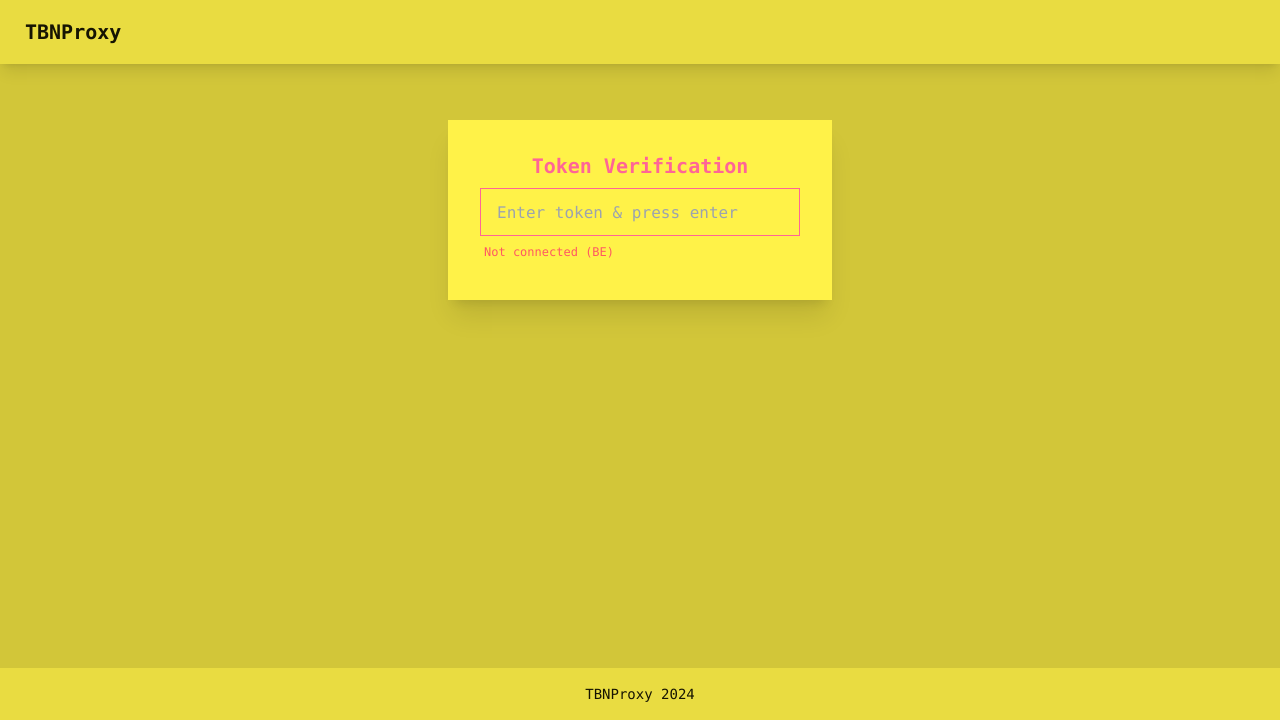
Repository: txdr/TBNProxyJS
Page: smdjd/desktop-views/index.html
An editor plug-in stored every save of this project. The page is shown before and after the next save, followed by the edit.
The browser window is 1280 px wide. The pictures show the whole page.
The page's requests for data from a server got no answer. Some web libraries are served in a nearby version.

Above is the page before, as saved 2025-01-07 16:47:14.
Console error: TypeError: Cannot read properties of undefined (reading 'value')

### smdjd/desktop-views/index.html
<!DOCTYPE html>
<html data-theme="cyberpunk">
<head>
    <meta charset="UTF-8">
    <meta name="viewport" content="width=device-width, initial-scale=1.0">
    <title>TBNProxy</title>
    <link href="https://cdn.jsdelivr.net/npm/daisyui@4.7.2/dist/full.min.css" rel="stylesheet" type="text/css" />
    <script src="https://cdn.tailwindcss.com"></script>
    <link href="https://fonts.googleapis.com/css2?family=Nunito:ital,wght@0,200..1000;1,200..1000&display=swap" rel="stylesheet">
</head>

<body class="min-h-screen bg-base-300">
    <div class="navbar bg-base-200 shadow-lg">
        <div class="flex-1">
            <a class="btn btn-ghost text-xl">TBNProxy</a>
        </div>
    </div>

    <div class="container mx-auto p-4">
        <!-- Token Verification -->
        <div id="token" class="card w-96 bg-base-100 shadow-xl mx-auto mt-10">
            <div class="card-body items-center text-center">
                <h2 class="card-title text-primary">Token Verification</h2>
                <div class="form-control w-full">
                    <input id="tokenInput" type="text" placeholder="Enter token & press enter"
                           class="input input-bordered input-primary w-full" />
                    <label id="verification-error" class="label">
                        <span class="label-text-alt text-error">Not connected (BE)</span>
                    </label>
                </div>
            </div>
        </div>

        <!-- Main Dashboard -->
        <div id="home" class="hidden">
            <div class="grid grid-cols-1 md:grid-cols-2 lg:grid-cols-3 gap-6 mt-8">
                <!-- Proxy Card -->
                <div id="proxy" class="card bg-base-100 shadow-xl">
                    <div class="card-body">
                        <h2 class="card-title text-primary">Proxy</h2>
                        <div class="divider"></div>
                        <button id="proxyStart" onclick="proxyStart()"
                                class="btn btn-primary">Start Proxy</button>
                        <div class="stats shadow mt-4">
                            <div class="stat">
                                <div class="stat-title" id="serverInfo">Server Offline</div>
                                <div class="stat-desc text-error" id="proxyStatus">Current Status: Offline</div>
                            </div>
                        </div>
                    </div>
                </div>

                <!-- Servers Card -->
                <div id="servers" class="card bg-base-100 shadow-xl">
                    <div class="card-body">
                        <h2 class="card-title text-primary">Servers</h2>
                        <div class="divider"></div>
                        <div class="form-control">
                            <label class="label">
                                <span class="label-text">Add Server</span>
                            </label>
                            <input id="addServer" type="text" placeholder="Enter IP and press enter"
                                   class="input input-bordered input-primary w-full" />
                        </div>
                        <div class="form-control mt-4">
                            <label class="label">
                                <span class="label-text">Select Server</span>
                            </label>
                            <select id="serverSelect" class="select select-bordered select-primary w-full">
                                <option disabled selected>Pick a server</option>
                            </select>
                        </div>
                        <button onclick="removeServer()" class="btn btn-error mt-4">Remove Server</button>
                    </div>
                </div>

                <!-- Authentication Card -->
                <div id="authentication" class="card bg-base-100 shadow-xl">
                    <div class="card-body">
                        <h2 class="card-title text-primary">Authentication</h2>
                        <div class="divider"></div>
                        <div class="alert alert-error">
                            <span id="authMessage">No Authentication Needed.</span>
                        </div>
                        <button id="openLink" class="btn btn-secondary mt-4">Open Link</button>
                    </div>
                </div>
            </div>
        </div>
    </div>

    <footer class="footer footer-center p-4 bg-base-200 text-base-content fixed bottom-0">
        <aside>
            <p>TBNProxy 2024</p>
        </aside>
    </footer>

    <script src="https://cdnjs.cloudflare.com/ajax/libs/socket.io/4.8.1/socket.io.js"></script>
    <script src="js/home.js"></script>
</body>
</html>

### smdjd/desktop-views/js/home.js
const socket = io("http://localhost:3000");

function getServers() {
    return JSON.parse(localStorage.getItem("servers"));
}

function setAuthInfo(link, code) {
    document.getElementById("authMessage").style.color = "orange";
    document.getElementById("authMessage").innerHTML = `Your Code Is: ${code}<br/>Press the button below to open the auth link.`;
    document.getElementById("openLink").disabled = false;
    document.getElementById("openLink").onclick = () => {
        document.getElementById("authMessage").innerHTML = "Please wait...";
        socket.emit("openLink", `${link}?otc=${code}`);
        document.getElementById("openLink").disabled = true;
    };
}

function endAuthInfo() {
    document.getElementById("authMessage").style.color = "green";
    document.getElementById("authMessage").innerHTML = "Authenticated";
    document.getElementById("openLink").remove();
}

function setProxyStatus(status, good = false) {
    document.getElementById("proxyStatus").style.color = good ? "green" : "red";
    document.getElementById("proxyStatus").innerHTML = "Current Status: " + status;
}

function setServerInfo(info) {
    document.getElementById("serverInfo").innerHTML = info;
}

function proxyStart() {
    socket.emit("proxyStart", getSelectedServer());
    setProxyStatus("Connecting");
}

function removeServer() {
    let newServers = [];
    for (const server of getServers()) {
        if (server === getSelectedServer()) {
            continue;
        }
        newServers.push(server);
    }
    localStorage.setItem("servers", JSON.stringify(newServers));
    updateServers();
}

function addServer(server) {
    const servers = getServers();
    servers.push(server)
    localStorage.setItem("servers", JSON.stringify(servers));
    updateServers();
}

function getSelectedServer() {
    const select = document.getElementById("serverSelect");
    return select.options[select.selectedIndex].value;
}

function updateServers() {
    document.getElementById("serverSelect").innerHTML = "";
    for (const item of getServers()) {
        const newItem = document.createElement("option");
        newItem.innerHTML = item;
        document.getElementById("serverSelect").append(newItem);
    }
}

function setVerificationMessage(message, error = true) {
    document.getElementById("verification-error").style.color = error ? "red" : "green";
    document.getElementById("verification-error").innerHTML = message;
}

document.getElementById("tokenInput").addEventListener("keyup", (event) => {
    if (event.key === "Enter") {
        socket.emit("verify", document.getElementById("tokenInput").value);
        document.getElementById("tokenInput").value = "";
    }
});

document.getElementById("addServer").addEventListener("keyup", (event) => {
    if (event.key === "Enter") {
        if (document.getElementById("addServer").value.split(":").length < 2) {
            return;
        }
        addServer(document.getElementById("addServer").value);
        document.getElementById("addServer").value = "";
    }
});

socket.on("connect", () => {
    setVerificationMessage("Connected (BE)", false);
     console.log("Socket connected.");
});

socket.on("verified", () => {
    setVerificationMessage("Key Valid", false);
    document.getElementById("token").remove();
    document.getElementById("home").style.display = "grid";
});

socket.on("failedVerify", (message) => {
    setVerificationMessage(message);
});

if (localStorage.getItem("servers") == null) {
    localStorage.setItem("servers", JSON.stringify([]));
}

setInterval(() => {
    socket.emit("requestBedrockServerInfo", getSelectedServer());
}, 1250);

socket.on("authInfo", (link, code) => {
    setProxyStatus("Authenticating")
    setAuthInfo(link, code);
});

socket.on("proxyFullyConnected", (username) => {
    endAuthInfo();
    setProxyStatus(`Connected (${username})`, true);
});

socket.on("bedrockServerInfo", (res) => {
    if (res.version == null) {
        setServerInfo("Server Offline");
        return;
    }
    setServerInfo(`Version: ${res.version}<br/>Players: ${res.currentPlayers}/${res.maxPlayers}`);
});

document.getElementById("openLink").disabled = true;

updateServers();

After the next save:
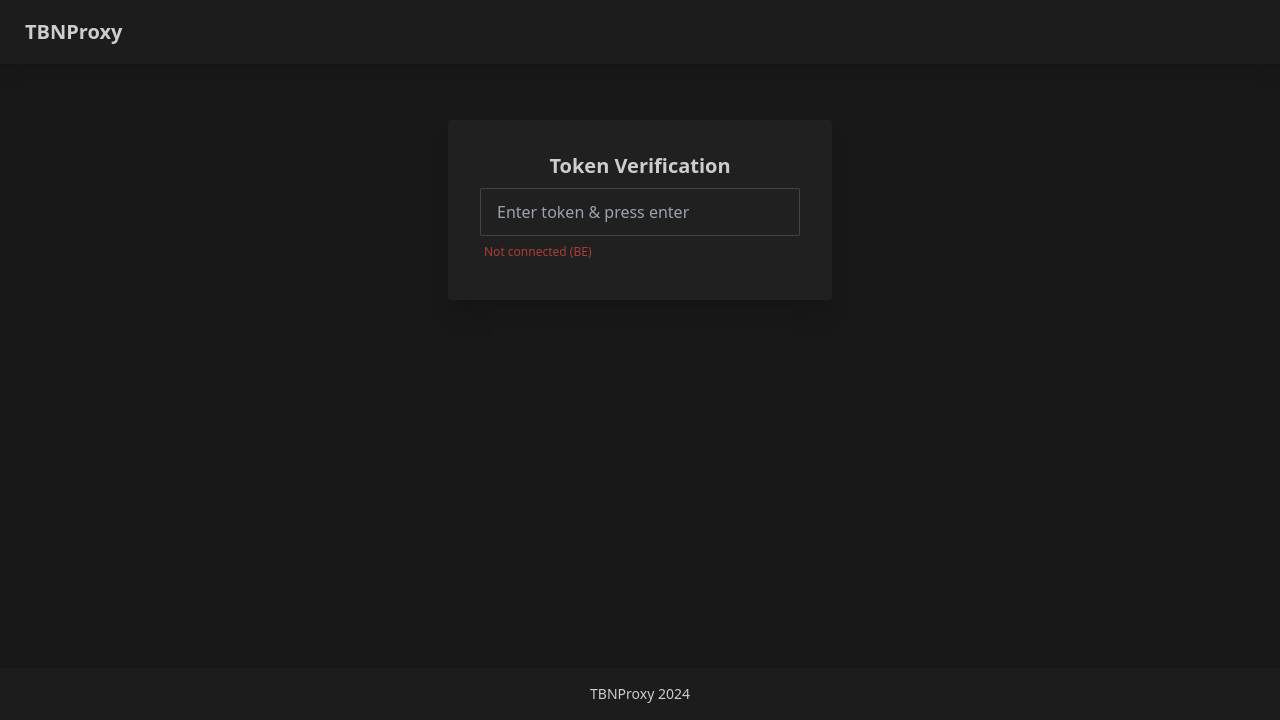
Saved 45 s later.
--- a/smdjd/desktop-views/index.html
+++ b/smdjd/desktop-views/index.html
@@ -1,5 +1,5 @@
 <!DOCTYPE html>
-<html data-theme="cyberpunk">
+<html data-theme="business">
 <head>
     <meta charset="UTF-8">
     <meta name="viewport" content="width=device-width, initial-scale=1.0">
@@ -20,10 +20,10 @@
         <!-- Token Verification -->
         <div id="token" class="card w-96 bg-base-100 shadow-xl mx-auto mt-10">
             <div class="card-body items-center text-center">
-                <h2 class="card-title text-primary">Token Verification</h2>
+                <h2 class="card-title">Token Verification</h2>
                 <div class="form-control w-full">
                     <input id="tokenInput" type="text" placeholder="Enter token & press enter"
-                           class="input input-bordered input-primary w-full" />
+                           class="input input-bordered w-full" />
                     <label id="verification-error" class="label">
                         <span class="label-text-alt text-error">Not connected (BE)</span>
                     </label>
@@ -37,11 +37,11 @@
                 <!-- Proxy Card -->
                 <div id="proxy" class="card bg-base-100 shadow-xl">
                     <div class="card-body">
-                        <h2 class="card-title text-primary">Proxy</h2>
+                        <h2 class="card-title">Proxy</h2>
                         <div class="divider"></div>
                         <button id="proxyStart" onclick="proxyStart()"
-                                class="btn btn-primary">Start Proxy</button>
-                        <div class="stats shadow mt-4">
+                                class="btn btn-neutral">Start Proxy</button>
+                        <div class="stats bg-base-200 shadow mt-4">
                             <div class="stat">
                                 <div class="stat-title" id="serverInfo">Server Offline</div>
                                 <div class="stat-desc text-error" id="proxyStatus">Current Status: Offline</div>
@@ -53,20 +53,20 @@
                 <!-- Servers Card -->
                 <div id="servers" class="card bg-base-100 shadow-xl">
                     <div class="card-body">
-                        <h2 class="card-title text-primary">Servers</h2>
+                        <h2 class="card-title">Servers</h2>
                         <div class="divider"></div>
                         <div class="form-control">
                             <label class="label">
                                 <span class="label-text">Add Server</span>
                             </label>
                             <input id="addServer" type="text" placeholder="Enter IP and press enter"
-                                   class="input input-bordered input-primary w-full" />
+                                   class="input input-bordered w-full" />
                         </div>
                         <div class="form-control mt-4">
                             <label class="label">
                                 <span class="label-text">Select Server</span>
                             </label>
-                            <select id="serverSelect" class="select select-bordered select-primary w-full">
+                            <select id="serverSelect" class="select select-bordered w-full">
                                 <option disabled selected>Pick a server</option>
                             </select>
                         </div>
@@ -77,12 +77,12 @@
                 <!-- Authentication Card -->
                 <div id="authentication" class="card bg-base-100 shadow-xl">
                     <div class="card-body">
-                        <h2 class="card-title text-primary">Authentication</h2>
+                        <h2 class="card-title">Authentication</h2>
                         <div class="divider"></div>
-                        <div class="alert alert-error">
+                        <div class="alert alert-error bg-opacity-20">
                             <span id="authMessage">No Authentication Needed.</span>
                         </div>
-                        <button id="openLink" class="btn btn-secondary mt-4">Open Link</button>
+                        <button id="openLink" class="btn btn-neutral mt-4">Open Link</button>
                     </div>
                 </div>
             </div>
